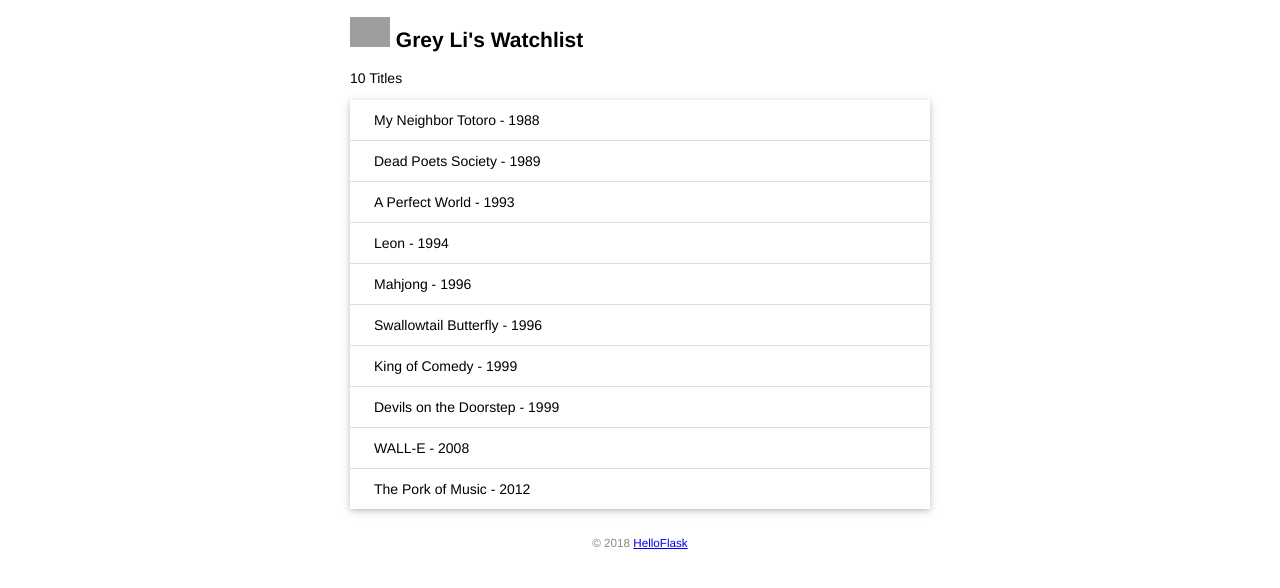
Repository: everrwsr/watchlist
Page: http://localhost/
These files come from the project's save history. The page is drawn as it stood at one moment and after the next save; the edit follows.
The browser window is 1280 px wide. The pictures show the whole page.
Pictures or frames that could not be fetched are drawn as grey boxes. The page is served by the project's application, run on Flask 3 (app.py).

Above is the page before, as saved 2022-05-16 15:31:53.

### templates/index.html
<!DOCTYPE html>
<html lang="en">
  <head>
    <meta charset="utf-8" />
    <link
      rel="stylesheet"
      href="{{ url_for('static', filename='style.css') }}"
      type="text/css"
    />
    <title>{{ name }}'s Watchlist</title>
  </head>
  <body>
    <h2>
      <img
        alt="Avatar"
        class="avatar"
        src="{{ url_for('static', filename='images/1.png') }}"
      />
      {{ name }}'s Watchlist
    </h2>
    {# 使用 length 过滤器获取 movies 变量的长度 #}
    <p>{{ movies|length }} Titles</p>
    <ul class="movie-list">
      {% for movie in movies %} {# 迭代 movies 变量 #}
      <li>{{ movie.title }} - {{ movie.year }}</li>
      {# 等同于 movie['title'] #} {% endfor %} {# 使用 endfor 标签结束 for 语句
      #}
    </ul>
    <footer>
      <small
        >&copy; 2018
        <a href="http://helloflask.com/tutorial">HelloFlask</a></small
      >
    </footer>
  </body>
</html>

### app.py
from flask import Flask, render_template
app = Flask(__name__)

name = 'Grey Li'
movies = [
    {'title': 'My Neighbor Totoro', 'year': '1988'},
    {'title': 'Dead Poets Society', 'year': '1989'},
    {'title': 'A Perfect World', 'year': '1993'},
    {'title': 'Leon', 'year': '1994'},
    {'title': 'Mahjong', 'year': '1996'},
    {'title': 'Swallowtail Butterfly', 'year': '1996'},
    {'title': 'King of Comedy', 'year': '1999'},
    {'title': 'Devils on the Doorstep', 'year': '1999'},
    {'title': 'WALL-E', 'year': '2008'},
    {'title': 'The Pork of Music', 'year': '2012'},
]


@app.route('/')
def index():
    return render_template('index.html', name=name, movies=movies)

### static/style.css
/* 页面整体 */
body {
    margin: auto;
    max-width: 580px;
    font-size: 14px;
    font-family: Helvetica, Arial, sans-serif;
}

/* 页脚 */
footer {
    color: #888;
    margin-top: 15px;
    text-align: center;
    padding: 10px;
}

/* 头像 */
.avatar {
    width: 40px;
}

/* 电影列表 */
.movie-list {
    list-style-type: none;
    padding: 0;
    margin-bottom: 10px;
    box-shadow: 0 2px 5px 0 rgba(0, 0, 0, 0.16), 0 2px 10px 0 rgba(0, 0, 0, 0.12);
}

.movie-list li {
    padding: 12px 24px;
    border-bottom: 1px solid #ddd;
}

.movie-list li:last-child {
    border-bottom: none;
}

.movie-list li:hover {
    background-color: #f8f9fa;
}

/* 龙猫图片 */
.totoro {
    display: block;
    margin: 0 auto;
    height: 100px;
}

After the next save:
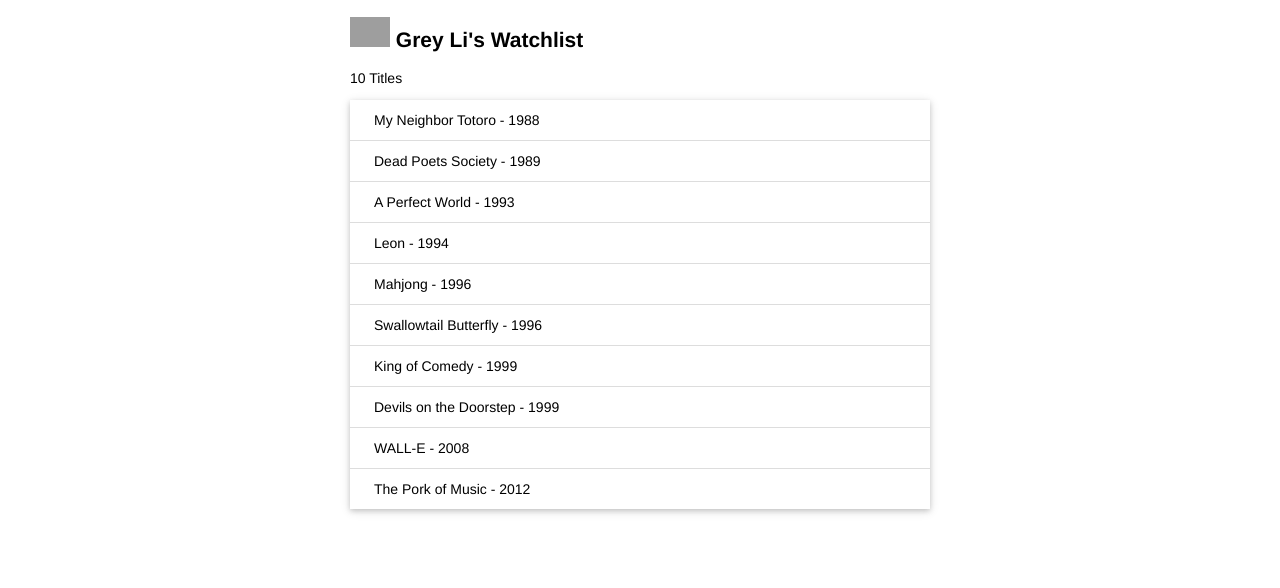
Saved 2 min 24 s later.
--- a/templates/index.html
+++ b/templates/index.html
@@ -26,11 +26,6 @@
       {# 等同于 movie['title'] #} {% endfor %} {# 使用 endfor 标签结束 for 语句
       #}
     </ul>
-    <footer>
-      <small
-        >&copy; 2018
-        <a href="http://helloflask.com/tutorial">HelloFlask</a></small
-      >
-    </footer>
+    <footer></footer>
   </body>
 </html>
